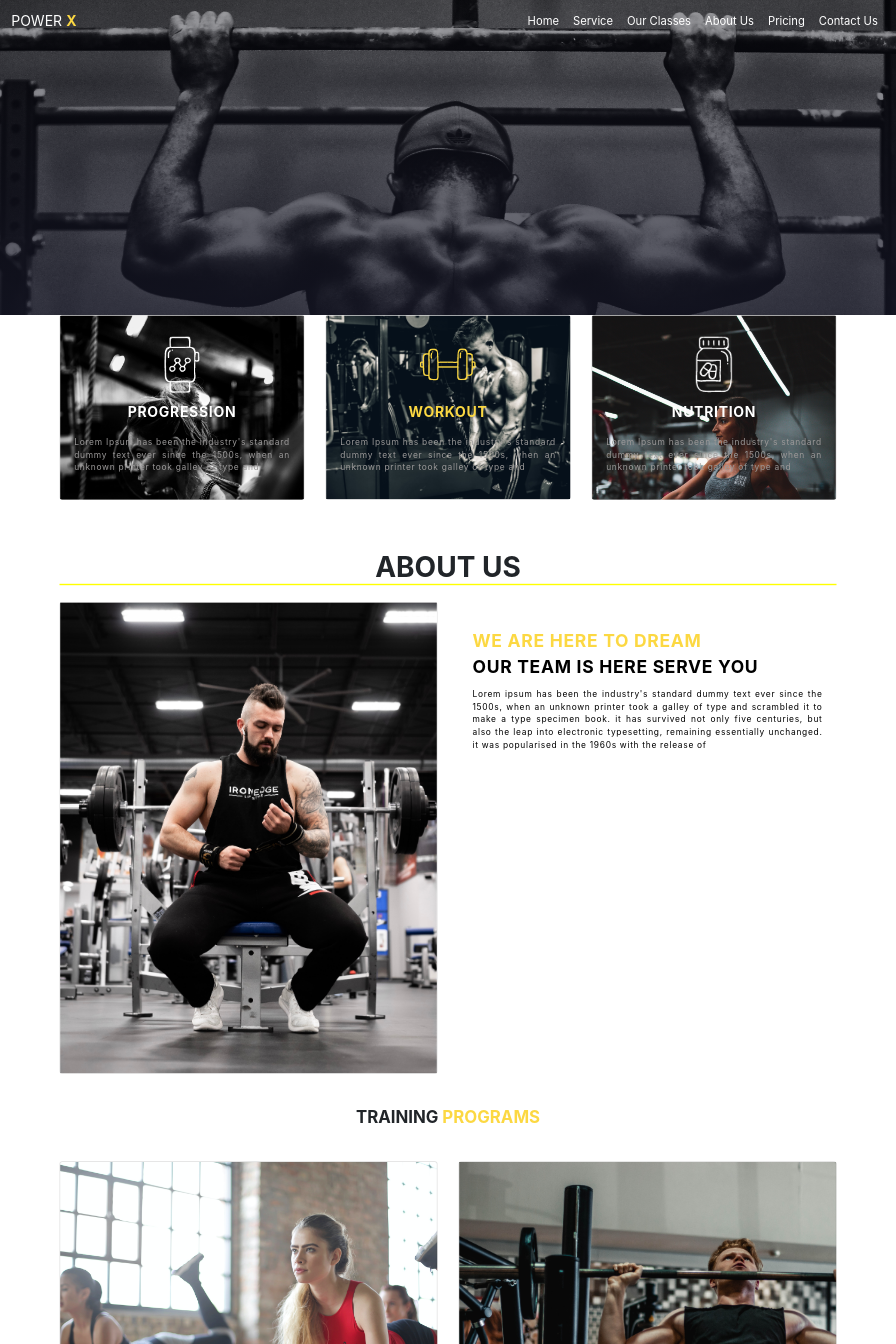
Repository: arif286/power-x-gym
Page: /
An editor plug-in stored every save of this project. The page is shown before and after the next save, followed by the edit.
The browser window is 1280 px wide. The pictures show the part of the page from y = 0 to 1920 px (the page is 2974 px tall before and 3022 px after), at 70% of full size.
The project was rebuilt for these pictures with package versions that can differ from the ones it lists, and the page was loaded fresh each time. Also part of the build but not shown: src/components/ClassDetails/ClassDetails.css, src/components/Classes/Classes.js, src/components/PricingPlan/PricingPlan.css, src/components/PurchaseForm/PurchaseForm.css, src/components/PurchaseForm/PurchaseForm.js.

Above is the page before, as saved 2021-04-09 02:02:58.

### src/index.js
import React from 'react';
import ReactDOM from 'react-dom';
import App from './App';
import "./index.css";
import reportWebVitals from './reportWebVitals';
ReactDOM.render(
  <React.StrictMode>
    <App />
  </React.StrictMode>,
  document.getElementById('root')
);

// If you want to start measuring performance in your app, pass a function
// to log results (for example: reportWebVitals(console.log))
// or send to an analytics endpoint. Learn more: https://bit.ly/CRA-vitals
reportWebVitals();

### src/App.js
import "bootstrap/dist/css/bootstrap.min.css";
import React from 'react';
import { BrowserRouter as Router, Route, Switch } from "react-router-dom";
import ClassDetails from "./components/ClassDetails/ClassDetails";
import Classes from "./components/Classes/Classes";
import Footer from "./components/Footer/Footer";
import Header from './components/Header/Header';
import Home from './components/Home/Home';
import PricingPlan from "./components/PricingPlan/PricingPlan";
import PurchaseForm from "./components/PurchaseForm/PurchaseForm";
function App() {
  return (
    <div>
      <Router>
        <Header />
        <Switch>
          <Route path="/home">
            <Home />
          </Route>
          <Route path="/classes">
            <Classes/>
          </Route>
          <Route path='/class/details/:id'>
            <ClassDetails/>
          </Route>
          <Route path='/pricing'>
            <PricingPlan/>
          </Route>
          <Route path='/submitForm'>
            <PurchaseForm/>
          </Route>
          <Route exact path="/">
            <Home />
          </Route>
        </Switch>
        <Footer />
      </Router>
    </div>
  );
}

export default App;

### src/components/ClassDetails/ClassDetails.js
import { faCheckSquare } from "@fortawesome/free-solid-svg-icons";
import { FontAwesomeIcon } from "@fortawesome/react-fontawesome";
import axios from "axios";
import React, { useEffect, useState } from "react";
import { Card, Col, Container, Row } from "react-bootstrap";
import { useParams } from "react-router";
import "./ClassDetails.css";

const checkSquare = <FontAwesomeIcon icon={faCheckSquare} />;
const ClassDetails = () => {
  const { id } = useParams();
  const [classDetails, setClassDetails] = useState({});
  useEffect(() => {
    axios
      .get(`http://localhost:5000/eventDetails/${id}`)
      .then((res) => setClassDetails(res.data))
      .catch((err) => console.log(err));
  }, [id]);
  const {
    image,
    item1,
    item2,
    item3,
    item4,
    item5,
    description,
  } = classDetails;
  return (
    <Container>
      <Row className="row-cols-1 row-cols-md-2 g-4">
        <Col>
          <img
            className="w-100 mb-4"
            style={{
              maxHeight: "500px",
            }}
            src={image}
            alt=""
          />
          <p>{description}</p>
          <div className="details">
            <h6>
              <span>{checkSquare}</span>
              {item1}
            </h6>
            <h6>
              <span>{checkSquare}</span>
              {item2}
            </h6>
            <h6>
              <span>{checkSquare}</span>
              {item3}
            </h6>
            <h6>
              <span>{checkSquare}</span>
              {item4}
            </h6>
            <h6>
              <span>{checkSquare}</span>
              {item5}
            </h6>
          </div>
        </Col>
        <Col className="pt-5 text-center">
          <h1
            style={{
              textTransform: "uppercase",
              fontWeight: 700,
              marginBottom: "30px",
            }}
          >
            Class <span style={{ color: "#fcd842" }}>schedule</span>
          </h1>
          <Row className="row-cols-1 row-cols-sm-2">
            <Col className="pb-3">
              <Card className="shadow text-center schedule">
                <h5>Monday</h5>
                <p>8:00 AM - 9:AM</p>
              </Card>
            </Col>
            <Col className="pb-3">
              <Card className="shadow text-center schedule">
                <h5>Monday</h5>
                <p>10:00 AM - 11:AM</p>
              </Card>
            </Col>
            <Col className="pb-3">
              <Card className="shadow text-center schedule">
                <h5>Monday</h5>
                <p>7:00 AM-8:AM</p>
              </Card>
            </Col>
            <Col className="pb-3">
              <Card className="shadow text-center schedule">
                <h5>Monday</h5>
                <p>6:00 PM-7:PM</p>
              </Card>
            </Col>
            <Col className="pb-3">
              <Card className="shadow text-center schedule">
                <h5>Monday</h5>
                <p>8:00 PM-9:PM</p>
              </Card>
            </Col>
            <Col className="pb-3">
              <Card className="shadow text-center schedule">
                <h5>Monday</h5>
                <p>8:00 PM-9:PM</p>
              </Card>
            </Col>
          </Row>
        </Col>
      </Row>
    </Container>
  );
};

export default ClassDetails;

### src/components/Footer/Footer.js
import React from "react";
import { Col, Container, Row } from "react-bootstrap";
import { NavLink } from "react-router-dom";
import Facebook from "../../power-x-gym/Image & Icon/bxl-facebook.png";
import Instagram from "../../power-x-gym/Image & Icon/bxl-instagram.png";
import Twitter from "../../power-x-gym/Image & Icon/bxl-twitter.png";
import YouTube from "../../power-x-gym/Image & Icon/bxl-youtube.png";
import "./Footer.css";
const Footer = () => {
  return (
    <footer>
      <Container>
        <Row className="footer-title">
          <Col xs={12} sm={6} md={3} className="pb-5">
            <h4 style={{ color: "white" }}>
              POWER <span style={{ color: "#fcd842" }}>X</span>
            </h4>
          </Col>
          <Col xs={12} sm={6} md={3} className="pb-5">
            <h6>Need Help</h6>
            <ul className="footer-link">
              <li>
                <NavLink className="company-list" to="/">
                  Help Center
                </NavLink>
              </li>
              <li>
                <NavLink className="company-list" to="/">
                  {" "}
                  Email Support
                </NavLink>
              </li>
              <li>
                <NavLink className="company-list" to="/">
                  Live Chart
                </NavLink>
              </li>
              <li>
                <NavLink className="company-list" to="/">
                  Feedback
                </NavLink>
              </li>
            </ul>
          </Col>
          <Col xs={12} sm={6} md={3} className="pb-5">
            <h6>Digital Resources</h6>
            <ul className="footer-link">
              <li>
                <NavLink className="company-list" to="/">
                  Gift Certificates
                </NavLink>
              </li>
              <li>
                <NavLink className="company-list" to="/">
                  Articles
                </NavLink>
              </li>
              <li>
                <NavLink className="company-list" to="/">
                  E-books
                </NavLink>
              </li>
            </ul>
          </Col>
          <Col xs={12} sm={6} md={3} className="pb-5">
            <h6>Connect with Us</h6>
            <div className="social-link">
              <p>
                <a href="/">
                  <img className="social-img" src={Facebook} alt="" />
                </a>
              </p>
              <p className="social-link">
                <a href="/">
                  <img className="social-img" src={Instagram} alt="" />
                </a>
              </p>
              <p>
                <a href="/">
                  <img className="social-img" src={Twitter} alt="" />
                </a>
              </p>
              <p>
                <a href="/">
                  <img className="social-img" src={YouTube} alt="" />
                </a>
              </p>
            </div>
          </Col>
        </Row>
      </Container>
    </footer>
  );
};

export default Footer;

### src/components/Header/Header.js
import React from "react";
import { Nav, Navbar } from "react-bootstrap";
import { NavLink } from "react-router-dom";
import './Header.css';
const Header = () => {
  return (
    <div className='navBar-bg'>
      <Navbar  variant="dark" expand="lg">
        <Navbar.Brand href="#home">
          POWER
          <span
            style={{ color: "#FCD842", marginLeft: "6px", fontWeight: 700 }}
          >
            X
          </span>
        </Navbar.Brand>
        <Navbar.Toggle aria-controls="basic-navbar-nav" />
        <Navbar.Collapse id="basic-navbar-nav">
          <Nav className="ml-auto">
            <NavLink className="header-link" to="/home">
              Home
            </NavLink>
            <NavLink className="header-link" to="#features">
              Service
            </NavLink>
            <NavLink className="header-link" to="/classes">
              Our Classes
            </NavLink>
            <NavLink className="header-link" to="/features">
              About Us
            </NavLink>
            <NavLink className="header-link" to="/pricing">
              Pricing
            </NavLink>
            <NavLink className="header-link" to="/pricing">
              Contact Us
            </NavLink>
          </Nav>
        </Navbar.Collapse>
      </Navbar>
      <br />
    </div>
  );
};

export default Header;

### src/components/Home/Home.js
import React from "react";
import About from "../About/About";
import ChooseUs from "../ChooseUs/ChooseUs";
import Programs from "../Programs/Programs";
import WorkOut from "../WorkOut/WorkOut";

const Home = () => {
  return (
    <>
      <WorkOut />
      <About />
      <Programs />
      <ChooseUs />
    </>
  );
};

export default Home;

### src/components/Footer/Footer.css
footer {
  background-color: #171426;
  padding-top: 50px;
  padding-bottom: 80px;
  margin-top: 50px;
}
.footer-link {
  list-style: none;
  display: inline;
}
.company-list {
  text-decoration: none;
  color: white;
}
.company-list:hover {
  color: hotpink;
  text-decoration: none;
}
.social-link {
  display: flex;
}

.social-img {
  width: 30px;
  height: 30px;
  object-fit: contain;
}

.social-link p {
  padding: 5px;
  display: inline;
}

.social-link p a img:hover {
  background-color: #257cc3;
}
.footer-title h6 {
  color: white;
}

### src/components/Header/Header.css
.header-link {
  text-decoration: none !important;
  color: white;
  padding: 10px;
}
.header-link:hover {
  color: gray;
}
.navBar-bg {
  background-image: linear-gradient(#0708115e, #151626c4),
    url("../../power-x-gym/Image & Icon/edgar-chaparro-sHfo3WOgGTU-unsplash.jpg");
  background-repeat: no-repeat;
  min-height: 450px;
  background-size: cover;
}

### src/components/About/About.js
import React from "react";
import { Card, Col, Container, Row } from "react-bootstrap";
import aboutImg from "../../power-x-gym/Image & Icon/wells-chan-H-vAxuWxmi8-unsplash.jpg";

const About = () => {
  return (
    <>
      <Container className="mt-5">
        <h1 className="text-center mb-4 about-title">about us</h1>
        <Row className="row-cols-1 row-cols-md-2 g-4 ">
          <Col>
            <Card className="h-100">
              <img
                style={{
                  width: "100%",
                  height: "100%",
                  objectFit: "cover",
                }}
                src={aboutImg}
                alt=""
              />
            </Card>
          </Col>
          <Col>
            <Card style={{ border: "none" }} className="h-100 work-card ">
              <Card.Body>
                <h5
                  style={{
                    color: "#FCD842",
                    fontSize: "25px",
                    marginTop: "20px",
                  }}
                >
                  We are here to dream
                </h5>
                <h5 style={{ color: "black", fontSize: "25px" }}>
                  our team is here serve you
                </h5>
                <p style={{ color: "black" }}>
                  Lorem ipsum has been the industry's standard dummy text ever
                  since the 1500s, when an unknown printer took a galley of type
                  and scrambled it to make a type specimen book. it has survived
                  not only five centuries, but also the leap into electronic
                  typesetting, remaining essentially unchanged. it was
                  popularised in the 1960s with the release of
                </p>
              </Card.Body>
            </Card>
          </Col>
        </Row>
      </Container>
    </>
  );
};

export default About;

### src/components/ChooseUs/ChooseUs.js
import React from "react";
import { Card, Col, Container, Row } from "react-bootstrap";
import gift from "../../power-x-gym/Image & Icon/gift-2.png";
import body from "../../power-x-gym/Image & Icon/Group 87.png";
import cycle from "../../power-x-gym/Image & Icon/Group 88.png";

const ChooseUs = () => {
  return (
    <Container className="mt-5">
      <h5
        style={{
          textTransform: "uppercase",
          textAlign: "center",
          fontWeight: 700,
          marginBottom: "40px",
        }}
      >
        <span style={{ color: "#fcd842"}}>why</span> choose us
      </h5>
      <Row className="row-cols-1 row-cols-md-3 g-4">
        <Col className="pb-4">
          <Card className="work-card text-center shadow">
            <Card.Body>
              <img className="work-img pb-3" src={body} alt="" />
              <h5 style={{ color: "black" }}>free fitness training</h5>
              <p style={{ color: "black" }}>
                Lorem Ipsum has been the industry's standard dummy text ever
                since the 1500s, when an unknown printer took galley of type and
              </p>
            </Card.Body>
          </Card>
        </Col>
        <Col className="pb-4">
          <Card className="work-card text-center shadow">
            <Card.Body>
              <img className="work-img pb-3" src={cycle} alt="" />
              <h5 style={{ color: "black" }}>tons of cardio & strength</h5>
              <p style={{ color: "black" }}>
                Lorem Ipsum has been the industry's standard dummy text ever
                since the 1500s, when an unknown printer took galley of type and
              </p>
            </Card.Body>
          </Card>
        </Col>
        <Col className="pb-4">
          <Card className="work-card text-center shadow">
            <Card.Body>
              <img className="work-img pb-3" src={gift} alt="" />
              <h5 style={{ color: "black" }}>no commitment memberships</h5>
              <p style={{ color: "black" }}>
                Lorem Ipsum has been the industry's standard dummy text ever
                since the 1500s, when an unknown printer took galley of type and
              </p>
            </Card.Body>
          </Card>
        </Col>
      </Row>
    </Container>
  );
};

export default ChooseUs;

### src/components/Programs/Programs.js
import React from "react";
import { Card, Col, Container, Row } from "react-bootstrap";
import "./Programs.css";
const Programs = () => {
  return (
    <>
      <Container className="mt-5">
        <h4
          style={{
            textTransform: "uppercase",
            fontWeight: 700,
          }}
          className="text-center mb-5"
        >
          training <span style={{ color: "#fcd842" }}>Programs</span>
        </h4>
        <Row className="row-cols-1 row-cols-md-2 g-4">
          <Col className="pb-4">
            <Card className="yoga programs-img h-100">
              <h6> Yoga training session</h6>
            </Card>
          </Col>
          <Col className="pb-4">
            <Card className="cardio programs-img h-100">
              <h6>cardio training session</h6>
            </Card>
          </Col>
        </Row>
      </Container>
    </>
  );
};

export default Programs;

### src/components/WorkOut/WorkOut.js
import React from "react";
import { Card, Col, Container, Row } from "react-bootstrap";
import watch from "../../power-x-gym/Image & Icon/Group 80.png";
import dumble from "../../power-x-gym/Image & Icon/Group 81.png";
import box from "../../power-x-gym/Image & Icon/Group 82.png";
import "./WorkOut.css";

const WorkOut = () => {
  return (
    <>
      <Container>
        <Row className="row-cols-1 row-cols-md-3 g-4">
          <Col className=" pb-4">
            <Card className="hard-work work-card h-100">
              <Card.Body className="work-body">
                <img src={watch} className="work-img" alt="" />
                <h5>Progression</h5>
                <p>
                  Lorem Ipsum has been the industry's standard dummy text ever
                  since the 1500s, when an unknown printer took galley of type
                  and
                </p>
              </Card.Body>
            </Card>
          </Col>
          <Col className="pb-4">
            <Card className="work-out work-card h-100">
              <Card.Body className="work-body">
                <img className="work-img" src={dumble} alt="" />
                <h5 style={{ color: "#FCD842" }}>WorkOut</h5>
                <p>
                  Lorem Ipsum has been the industry's standard dummy text ever
                  since the 1500s, when an unknown printer took galley of type
                  and
                </p>
              </Card.Body>
            </Card>
          </Col>
          <Col className='pb-4'>
            <Card className="nutrition work-card h-100">
              <Card.Body className="work-body">
                <img className="work-img" src={box} alt="" />
                <h5>nutrition</h5>
                <p>
                  Lorem Ipsum has been the industry's standard dummy text ever
                  since the 1500s, when an unknown printer took galley of type
                  and
                </p>
              </Card.Body>
            </Card>
          </Col>
        </Row>
      </Container>
    </>
  );
};

export default WorkOut;

### src/components/Programs/Programs.css
.yoga {
  background-image: url("../../power-x-gym/Image & Icon/bruce-mars-gJtDg6WfMlQ-unsplash.png");
}
.cardio {
  background-image: url("../../power-x-gym/Image & Icon/arthur-edelman-qfjuh4OLdxw-unsplash.jpg");
}
.programs-img {
  background-repeat: no-repeat;
  background-size: cover;
  min-height: 500px;
}
.programs-img h6 {
  text-transform: uppercase;
  margin-top: auto;
  margin-bottom: 25px;
  font-weight: 800;
  background-color: #fcd842;
  padding: 10px 0px;
  display: inline-block !important;
  place-self: flex-start;
}

### src/components/WorkOut/WorkOut.css
.hard-work {
  background-image: url("../../power-x-gym/Image & Icon/hipcravo-5UbIqV58CW8-unsplash.jpg");
}
.work-out {
  background-image: url("../../power-x-gym/Image & Icon/daniel-apodaca-WdoQio6HPVA-unsplash.jpg");
}
.nutrition {
  background-image: url("../../power-x-gym/Image & Icon/penguinuhh-8VI6WwEEEHw-unsplash.jpg");
}
.work-card {
  background-repeat: no-repeat;
  background-size: cover;
}
.work-img {
  width: 80px;
  height: 80px;
  object-fit: contain;
  margin-bottom: 15px;
  margin-top: 10px;
}
.work-card h5 {
  color: white;
  text-transform: uppercase;
  font-weight: 700;
  letter-spacing: 1px;
}
.work-card p {
  color: #9b9999;
  font-size: 12px;
  letter-spacing: 1px;
  text-align: justify;
  margin-top: 15px;
}

.about-title {
  text-transform: uppercase;
  font-weight: 700;
  border-bottom: 2px solid yellow;
}
.work-body {
  display: flex;
  flex-direction: column;
  align-items: center;
  justify-content: center;
}

Loaded but not shown: public/index.html (common file); src/index.css (common file); src/reportWebVitals.js (common file); src/components/PricingPlan/PricingPlan.js (122 lines, source omitted)

After the next save:
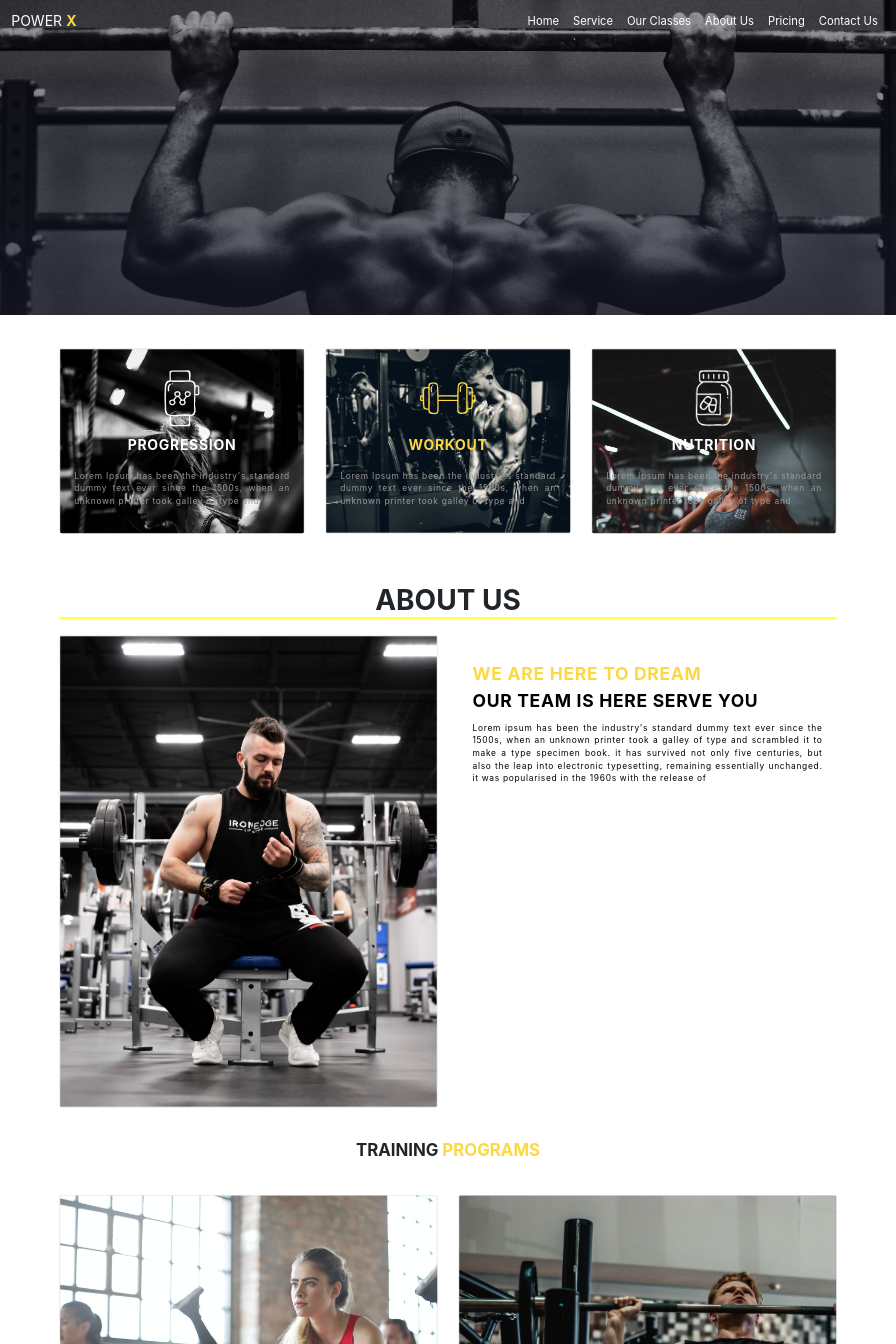
Saved 40 s later.
--- a/src/components/Header/Header.js
+++ b/src/components/Header/Header.js
@@ -4,7 +4,7 @@ import { NavLink } from "react-router-dom";
 import './Header.css';
 const Header = () => {
   return (
-    <div className='navBar-bg'>
+    <div className='navBar-bg mb-5'>
       <Navbar  variant="dark" expand="lg">
         <Navbar.Brand href="#home">
           POWER
